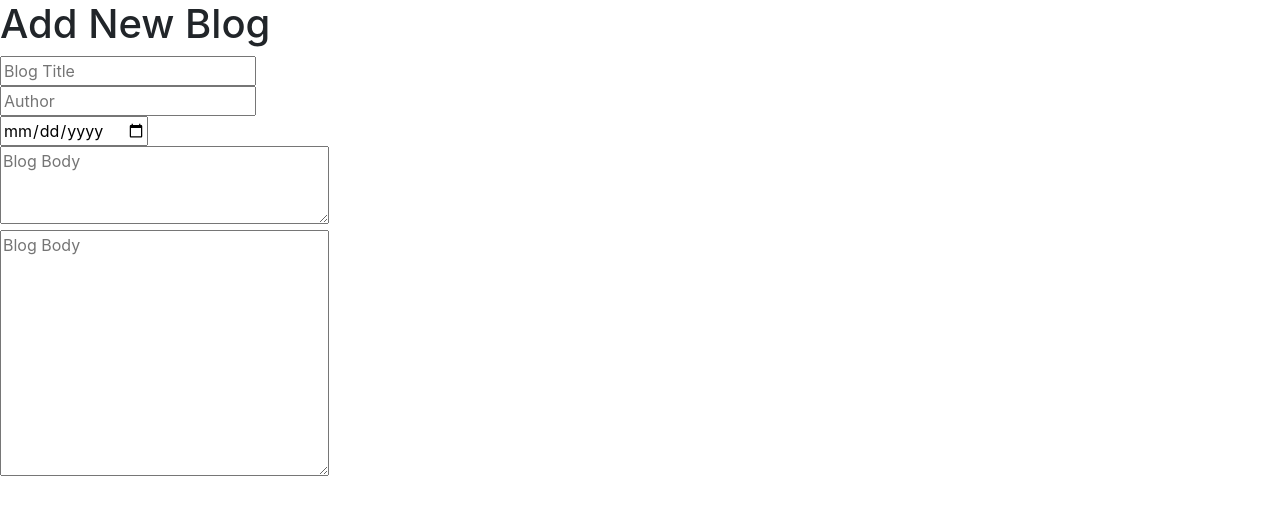
Repository: just-mann/just-blog
Page: http://localhost/add-blog
An editor plug-in stored every save of this project. The page is shown before and after the next save, followed by the edit.
The browser window is 1280 px wide. The pictures show the whole page.
The page is served by the project's Node server (index.js).

Above is the page before, as saved 2022-01-29 12:10:25.

After the next save:
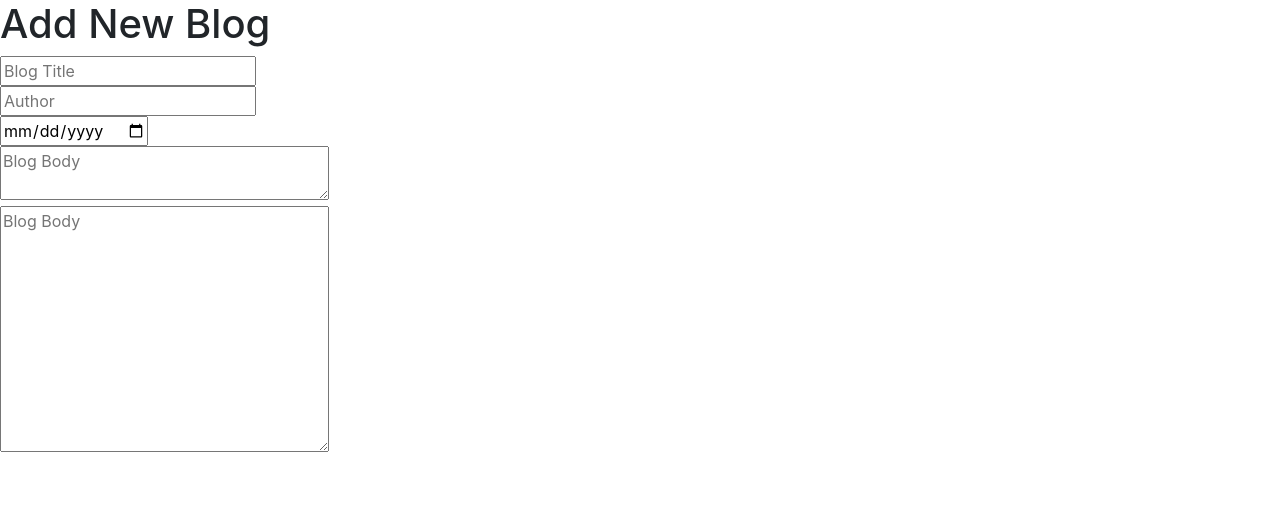
Saved 8 s later.
--- a/views/add-blog.ejs
+++ b/views/add-blog.ejs
@@ -23,7 +23,7 @@
           <input type="date" name="date" class="blog-date">
         </div>
         <div class="snippetDiv">
-          <textarea name="blog-snippet" id="blog-snippet" cols="30" rows="3" class="blog-snippet" placeholder="Blog Body"></textarea>
+          <textarea name="blog-snippet" id="blog-snippet" cols="30" rows="2" class="blog-snippet" placeholder="Blog Body"></textarea>
         </div>
         <div>
           <textarea name="blog-body" id="blog-body" cols="30" rows="10" class="blog-body" placeholder="Blog Body"></textarea>
